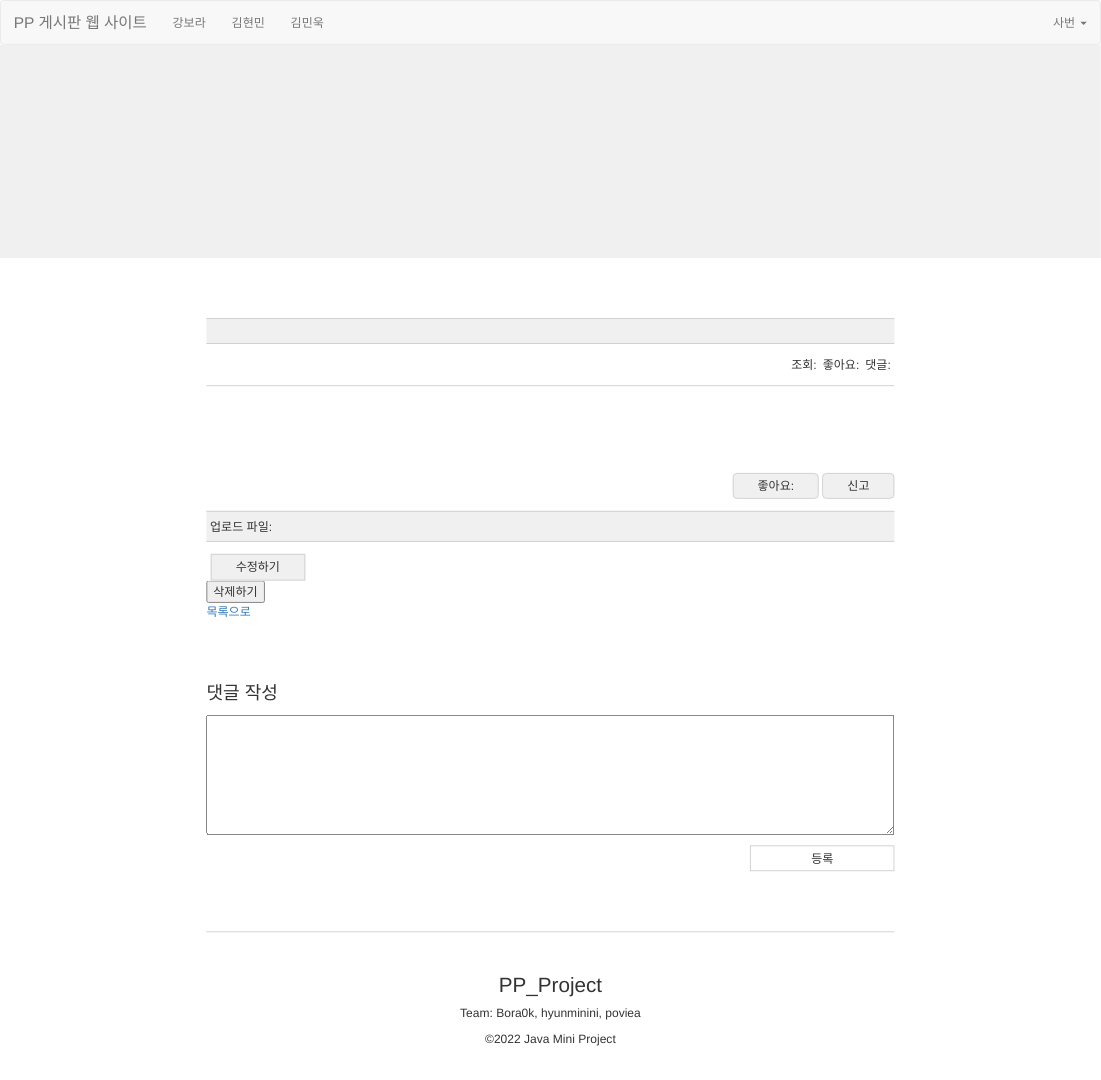
Repository: hyunminini/CommunityPage
Page: http://localhost/PP_Project/boardRead.jsp
The author's editor kept a copy of each file at every save. The page is drawn from the files as they stood at one save, then again after the next save.
The browser window is 1280 px wide. The pictures show the whole page, at 86% of full size.
Some web libraries are served in a nearby version. The page is served by Tomcat 9. The template is opened directly, without the code that normally fills it, so the values that code supplies are empty.

Above is the page before, as saved 2022-09-29 08:15:43.

After the next save:
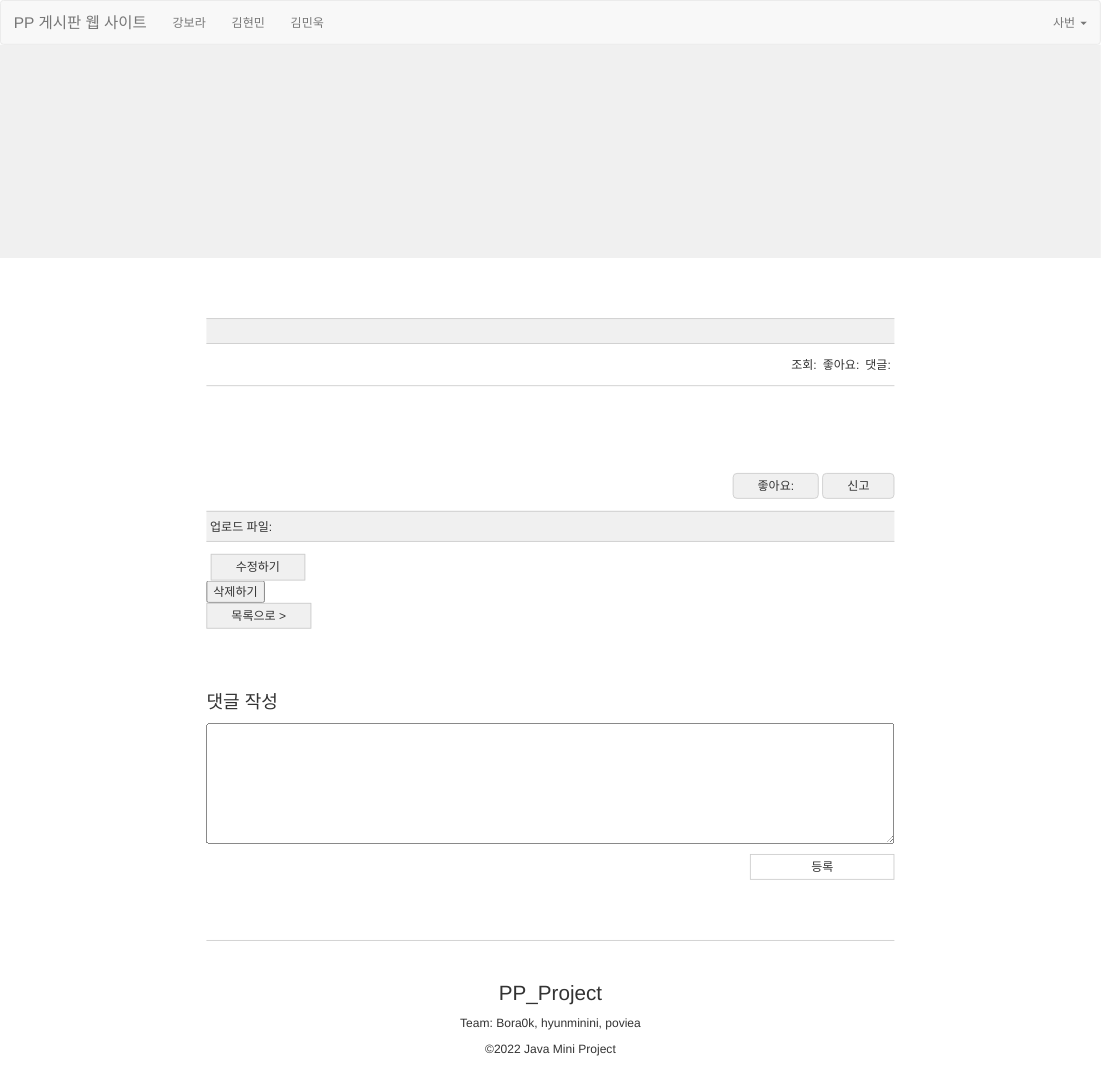
Saved 116 s later.
--- a/PP_Project/WebContent/boardRead.jsp
+++ b/PP_Project/WebContent/boardRead.jsp
@@ -417,7 +417,10 @@ footer {
 			<input type=hidden name="empno" value="${empno}"/>
 			<input type="hidden" name="board_cnum" value="<%=board_cnum %>" />
 		</form>
-		<a id="loginForm" href="board.do">목록으로 </a><br/>
+
+		<form id="loginForm" name="emp" action="board.do?command=backDrop" method="post">
+			<button type="submit">목록으로 ></button><br/>
+		</form>
 
 		<c:forEach items="${requestScope.coms}" var ="data">
 		<div class="comment-wrap">
